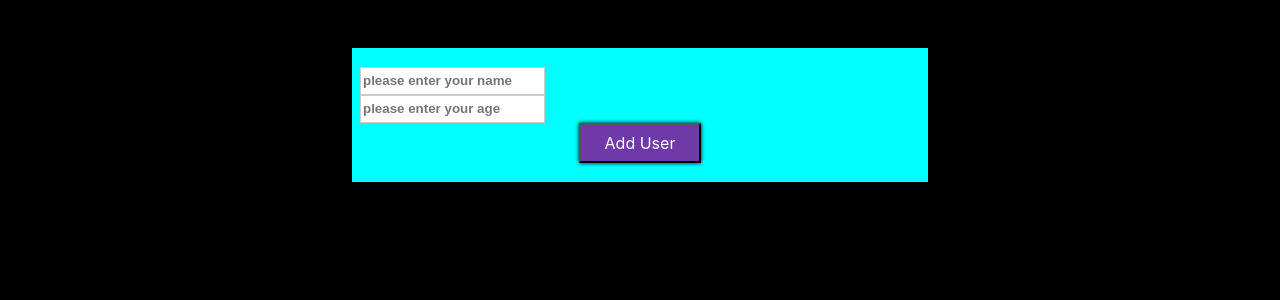
Repository: NamalPathirana/section-eight
Page: /
An editor plug-in stored every save of this project. The page is shown before and after the next save, followed by the edit.
The browser window is 1280 px wide. The pictures show the whole page.
The project was rebuilt for these pictures with package versions that can differ from the ones it lists, and the page was loaded fresh each time.

Above is the page before, as saved 2021-11-26 02:45:24.

After the next save:
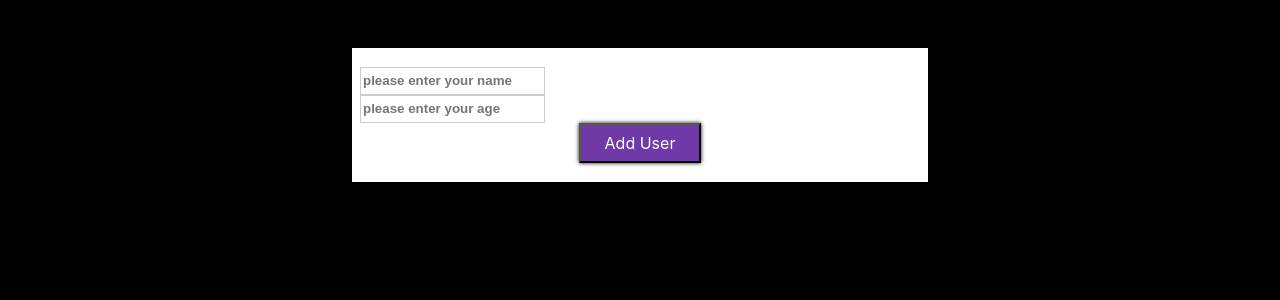
Saved 13 s later.
--- a/src/Components/UserInput/UserInput.module.css
+++ b/src/Components/UserInput/UserInput.module.css
@@ -4,7 +4,7 @@
     width: 35rem;
     max-width: 90%;
     margin: 3rem auto;
-    background-color: aqua;
+    background-color: white;
 }
 
 .frame input{
